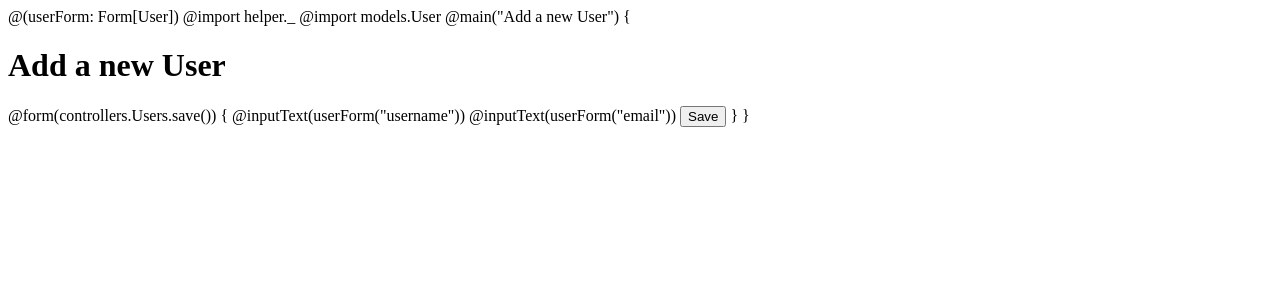
Repository: mlvhub/Learning
Page: Scala/Play!/UserAdmin/app/views/users/add.scala.html
An editor plug-in stored every save of this project. The page is shown before and after the next save, followed by the edit.
The browser window is 1280 px wide. The pictures show the whole page.

Above is the page before, as saved 2013-12-31 08:12:21.

After the next save:
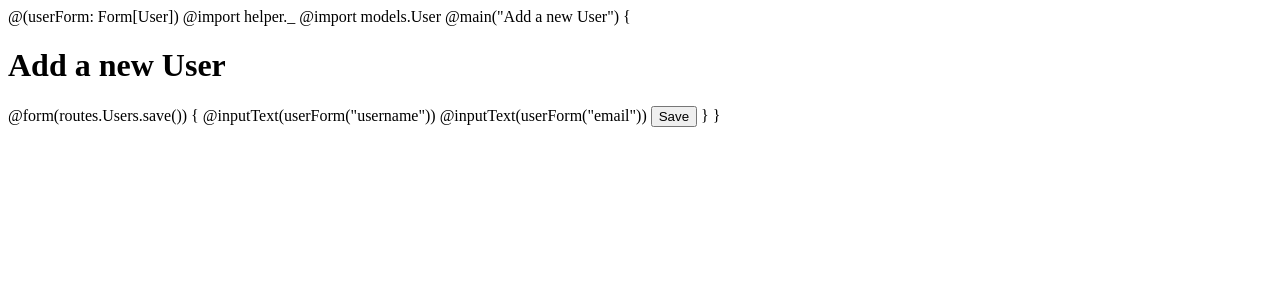
Saved 52 s later.
--- a/Scala/Play!/UserAdmin/app/views/users/add.scala.html
+++ b/Scala/Play!/UserAdmin/app/views/users/add.scala.html
@@ -5,7 +5,7 @@
 
 @main("Add a new User") {
   <h1>Add a new User</h1>
-  @form(controllers.Users.save()) {
+  @form(routes.Users.save()) {
       @inputText(userForm("username"))
       @inputText(userForm("email"))
       <button type="submit">Save</button>
